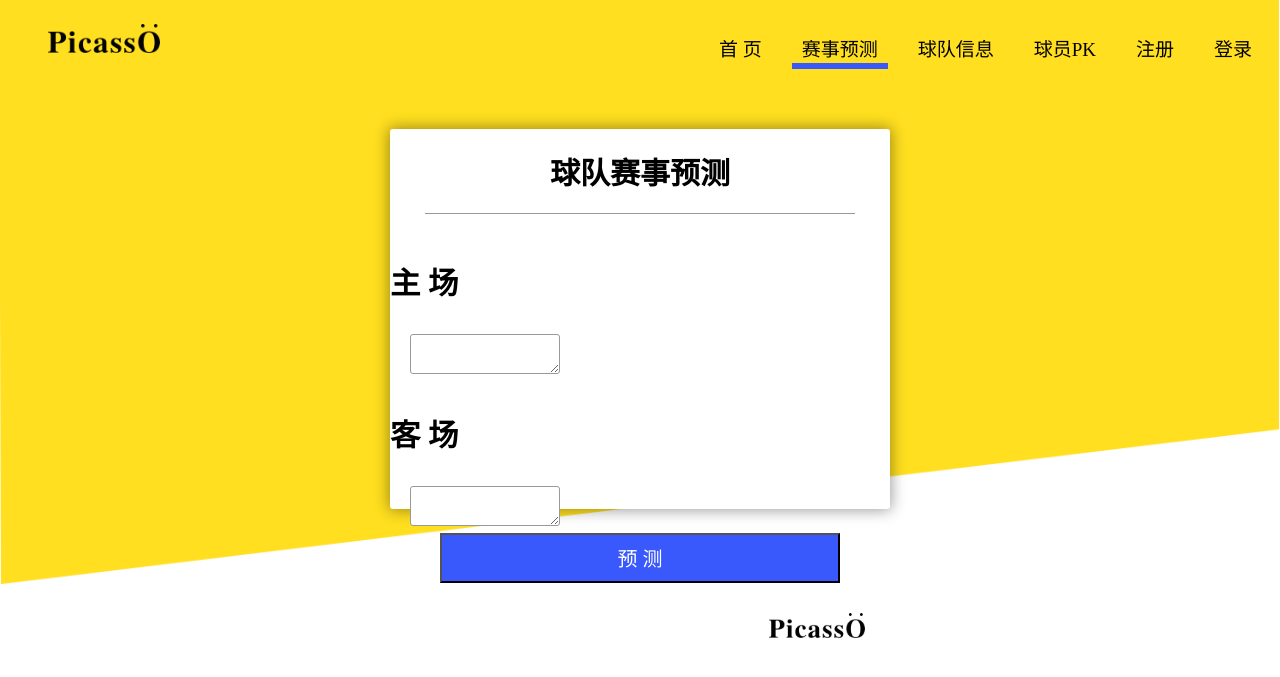
Repository: cciixx/nba-prediction-sys
Page: public/predict.html
The author's editor kept a copy of each file at every save. The page is drawn from the files as they stood at one save, then again after the next save.
The browser window is 1280 px wide. The pictures show the whole page.

Above is the page before, as saved 2020-03-25 10:04:29.

After the next save:
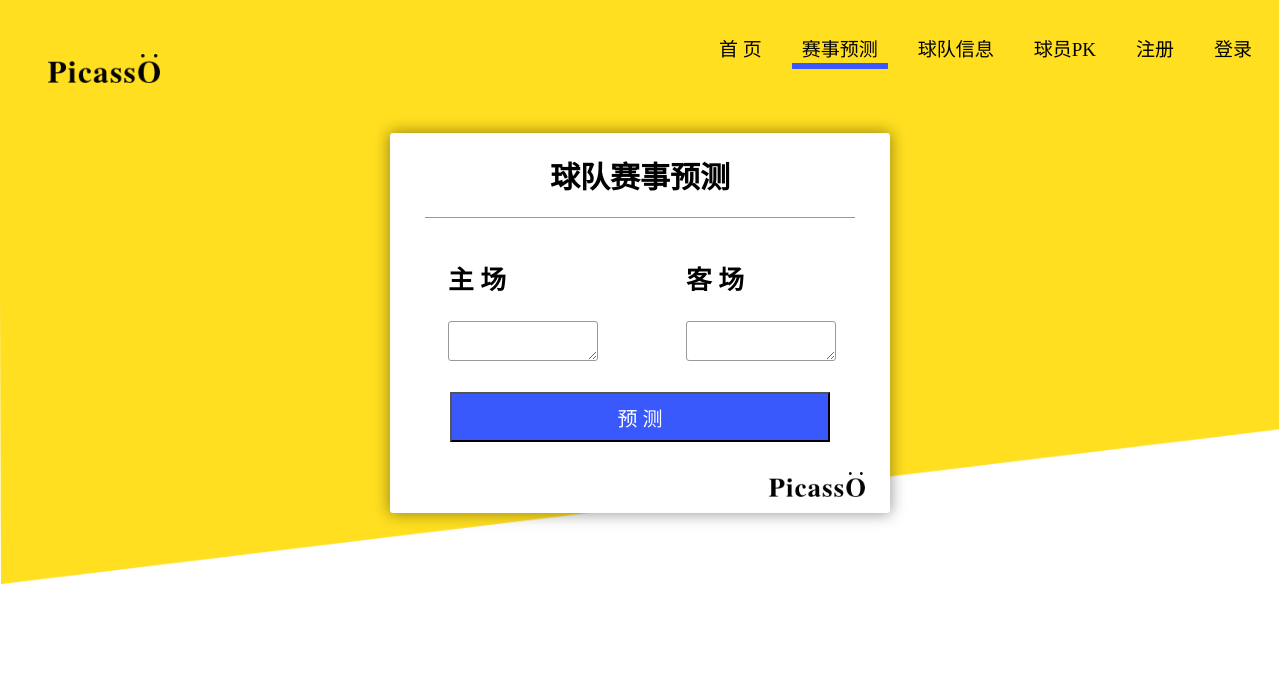
Saved 86 s later.
--- a/public/css/predict.css
+++ b/public/css/predict.css
@@ -10,14 +10,23 @@
     box-shadow: 0 0 15px 1px rgba(0, 0, 0, 0.4);
     box-sizing: border-box;
 }
-.bg h2{
+.box{
+    font-size: 22px;
+    width: 40%;
+    float: left;
+    margin-left: 38px;
+}
+h2{
     text-align: center;
     border-bottom: 1px solid #999999;
     padding: 20px;
     margin: 35px;
     margin-bottom: 15px;
 }
-.bg textarea {
+h3{
+    margin-left: 20px;
+}
+textarea {
     font-size: 20px;
 	height:40px;
 	width:150px;
@@ -27,27 +36,15 @@
     box-sizing: border-box;
     color: #2C3E50;
 }
-.bg input{
+input{
     font-size: 20px;
-    width: 400px;
+    width: 380px;
     height: 50px;
+    text-align: center;
+    margin-top: 25px;
 }
-.bg .box{
-    align-content: center;
-}
-.bg .left-box{
-    font-size: 22px;
-    width: 40%;
-    float: left;
-    margin-left: 30px;
-}
-.bg .right-box{
-    font-size: 22px;
-    width: 40%;
-    float: right;
-    margin-right: 20px;
-}
-.bg img{
+
+img{
     height: 25px;
     float: right;
     margin-top: 30px;
